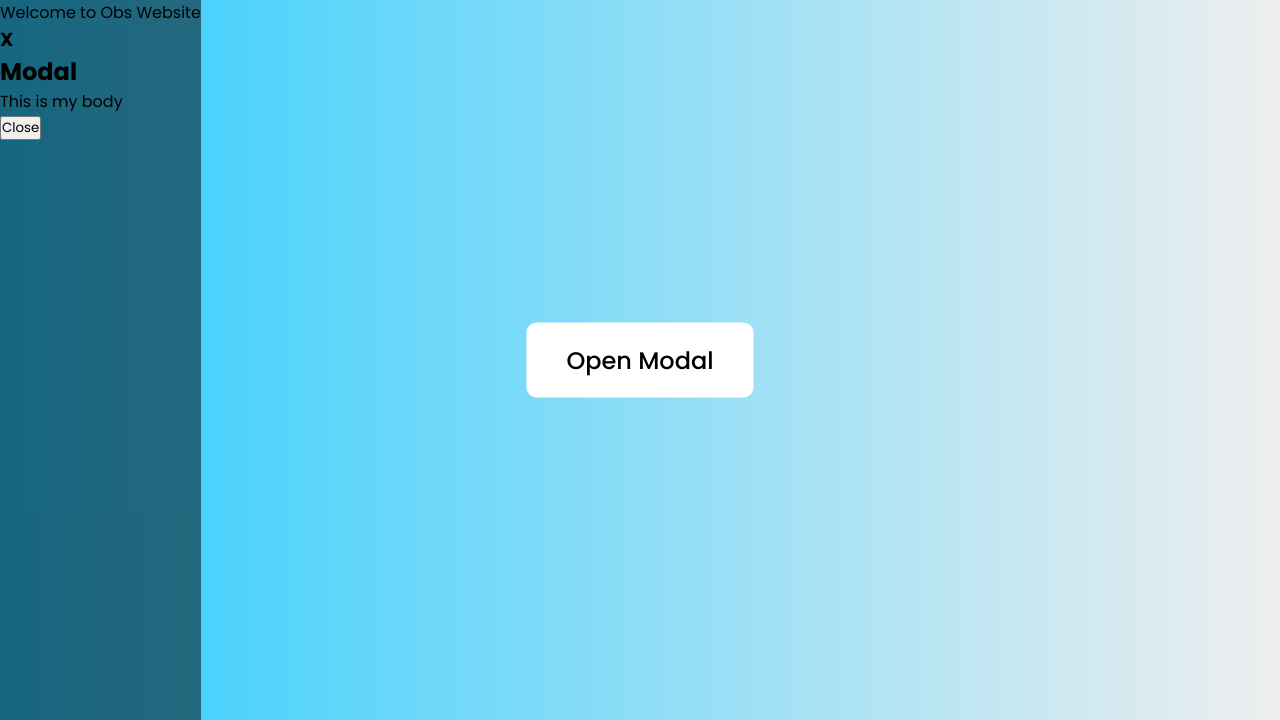
Repository: lausamtuong/Modal_card
Page: index.html
An editor plug-in stored every save of this project. The page is shown before and after the next save, followed by the edit.
The browser window is 1280 px wide. The pictures show the whole page.
The style sheet was rebuilt from its Sass, Less or Tailwind sources for each picture, by a compiler version that may differ from the author's.

Above is the page before, as saved 2021-12-15 06:50:17.

### index.html
<!DOCTYPE html>
<html lang="en">
<head>
    <meta charset="UTF-8">
    <meta http-equiv="X-UA-Compatible" content="IE=edge">
    <meta name="viewport" content="width=device-width, initial-scale=1.0">
    <link rel="stylesheet" href="style.css">
    <link href="https://fonts.googleapis.com/css2?family=Poppins:wght@400;500;700&display=swap" rel="stylesheet">
    <title>Document</title>
</head>
<body>
    <button class="open__btn">Open Modal</button>
    <div class="modal">
        <div class="modal__inner">
            <div class="modal__header">
                <p>Welcome to Obs Website</p>
                <h3>X</h3>
            </div>
            <div class="modal__body">
                <h2>Modal</h2>
                <p>This is my body</p>
            </div>
            <div class="modal__footer">
                <button class="modal__close-btn">Close</button>
            </div>
        </div>
    </div>
</body>
</html>

### style.scss
*{
    margin: 0;
    padding: 0;
    box-sizing: border-box;
    font-family: 'Poppins', sans-serif;
}
body{
    height: 100vh;
    background:  linear-gradient( to right,#2cccff ,#eee );;
}
.open__btn{
     position: relative;;
   top:50%;
   left:50%;
   transform: translate(-50%,-50%);
   outline: none;
   border: none;
   padding : 20px 40px;
   font-weight: 500;
   font-size: 1.5rem;
   border-radius: 10px;
   background-color:#fff;
   &:hover{
      opacity: 0.7;
       cursor: pointer;
       transition: 0.5s;
   }
}
.modal{
    background-color: rgba(0,0,0,0.5);
    position:fixed;
    top:0;
    bottom:0;
    width:
    &__inner{
        position:relative;
        top:50%;
        margin :0 auto;
    }
}

After the next save:
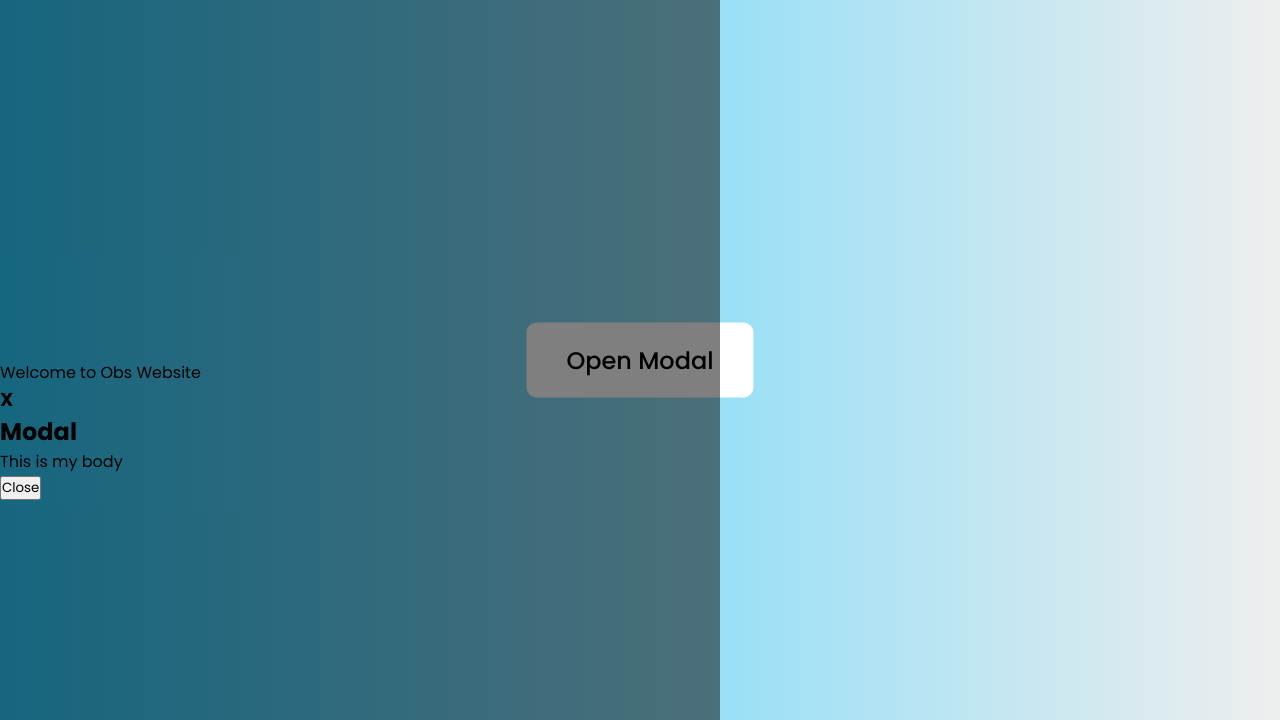
Saved 5 s later.
--- a/style.scss
+++ b/style.scss
@@ -31,7 +31,7 @@ body{
     position:fixed;
     top:0;
     bottom:0;
-    width:
+    width:100vh;
     &__inner{
         position:relative;
         top:50%;
